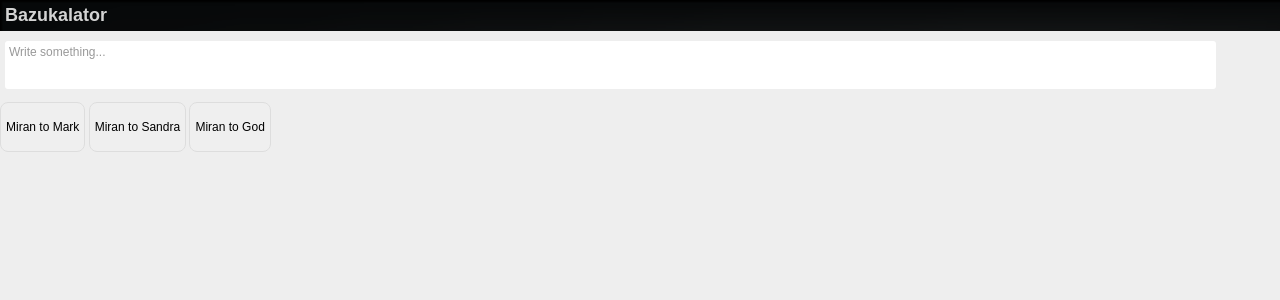
Repository: mbadzak/bazukalator
Page: Bazukalator/assets/www/index.html
The author's editor kept a copy of each file at every save. The page is drawn from the files as they stood at one save, then again after the next save.
The browser window is 1280 px wide. The pictures show the whole page.

Above is the page before, as saved 2012-10-14 06:33:32.

### Bazukalator/assets/www/index.html
<!DOCTYPE HTML>
<html>
<head>
<title>Hello World</title>
<script type="text/javascript" charset="utf-8" src="cordova-2.1.0.js"></script>
<script type="text/javascript" src="jquery.min.js"></script>
<script type="text/javascript" src="jquery.autosize-min.js"></script>
<script type="text/javascript" src="utl.js"></script>


<style>
.lang_button {
  height: 50px;
  padding: 5px;
}
.post_box {
  padding: 5px;
  position: relative;
  top: 1px;
}
body {
  background-color: #eeeeee;
}
.this_page {
  text-align: left;
  background-size: 100%;
  background-attachment: fixed;
  background-repeat: repeat-x;
}
* {
	font-family: Arial, Geneva, Helvetica, sans-serif;
	font-size: 12px;
	outline-width: 0px;
}
body {
 	margin: 0px;
 	text-align: center;
}
textarea {
	resize: none;
}
textarea, select,
input {
	border: 1px solid #DDD;
	-moz-border-radius: 8px;
  	-webkit-border-radius: 8px;
  	border-radius: 8px;
}

select {
	border: 1px solid #DDD;
}
.heading {
	font-size: 18px;
	font-weight: bold;
	color: lightgray;
	background: black;
	padding: 5px;
	background-image: url(img/gr1.png);
	background-size: 100%;
	background-attachment: fixed;
	background-repeat: repeat-x;
}
.box {
	font-size: 12px;
	padding: 4px;
	margin: 0px;
	color: #999999;
	width: 94%;
	height: 40px;
	border: 5px solid #eeeeee;
}

</style>

</head>
<body>


<script type="text/javascript">
    var orig_text = "";
</script>
<div class="this_page">
  <div class="heading" style="">
    Bazukalator
  </div>
  <div style="margin-top: 5px; text-align: left;">
    <textarea name="msg"
              id="msg"
              onFocus="utl_clear_text_field(this, 'Write something...');"
              class="box"
              autocomplete="off">Write something...</textarea>
  </div>
  <div style="margin-top: 5px;">
    <input type="button"
           id="btn_submit1"
           class="lang_button"
           value="Miran to Mark">
    <input type="button"
           id="btn_submit2"
           class="lang_button"
           value="Miran to Sandra">
    <input type="button"
           id="btn_submit3"
           class="lang_button"
           value="Miran to God">
  </div>

  <div id="post" style="margin: 20px 0px 0px 5px; text-align: left; display: none; ">
    <div style="float: left; clear: both; width: 50%; font-size: 11px;">
      <input type="radio"
           id="post_facebook"
           class="post_box"
           checked="checked"
           value="Post to Facebook">
           <img class="button_img img_norad" src="img/fb-icon.png" width="15" height="15">
           Facebook
    </div>
    <div style="float: left; width: 50%; font-size: 11px;">
      <input type="radio"
           id="post_twitter"
           class="post_box"
           checked="checked"
           value="Post to Facebook">
           <img class="button_img img_norad" src="img/twitter-icon.png" width="15" height="15">
           Twitter
    </div>
  </div>
  <div id="post2" style="display: none; margin-top: 55px; margin-left: 0px;">
      <input type="button" value="Post" style="padding: 5px;">
  </div>
</div>
<script type="text/javascript">
    $("#btn_submit1").click(function() { submit(1); });
    $("#btn_submit2").click(function() { submit(2); });
    $("#btn_submit3").click(function() { submit(3); });

    function submit(lang) {
        if (orig_text == "")
            orig_text = $("#msg").val();

        var req = orig_text;
        if (req == "")
            return;

        $.post("http://localhost:8080/index.php/translator/svc",
              { req: req, lang: lang },
              function(data) {
             	$("#msg").val(data);
                $("#post").css("display", "block");
                $("#post2").css("display", "block");
              }
        );
    }

    function reset()
    {
    	$('#msg').val('');
        orig_text = "";
        $("#post").css("display", "none");
        $("#post2").css("display", "none");
    }

</script>

</body>
</html>

### Bazukalator/assets/www/jquery.autosize-min.js
// Autosize 1.7 - jQuery plugin for textareas
// (c) 2011 Jack Moore - jacklmoore.com
// license: www.opensource.org/licenses/mit-license.php
(function(a,b){var c="hidden",d='<textarea style="position:absolute; top:-9999px; left:-9999px; right:auto; bottom:auto; box-sizing:content-box; word-wrap:break-word; height:0 !important; min-height:0 !important; overflow:hidden">',e=["fontFamily","fontSize","fontWeight","fontStyle","letterSpacing","textTransform","wordSpacing"],f="oninput",g="onpropertychange",h=a(d)[0];h.setAttribute(f,"return"),a.isFunction(h[f])||g in h?a.fn.autosize=function(b){return this.each(function(){function p(){var a,b;m||(m=!0,j.value=h.value,j.style.overflowY=h.style.overflowY,j.style.width=i.css("width"),j.scrollTop=0,j.scrollTop=9e4,a=j.scrollTop,b=c,a>l?(a=l,b="scroll"):a<k&&(a=k),h.style.overflowY=b,h.style.height=h.style.minHeight=h.style.maxHeight=a+o+"px",setTimeout(function(){m=!1},1))}var h=this,i=a(h).css({overflow:c,overflowY:c,wordWrap:"break-word"}),j=a(d).addClass(b||"autosizejs")[0],k=i.height(),l=parseInt(i.css("maxHeight"),10),m,n=e.length,o=i.css("box-sizing")==="border-box"?i.outerHeight()-i.height():0;l=l&&l>0?l:9e4;while(n--)j.style[e[n]]=i.css(e[n]);a("body").append(j),g in h?f in h?h[f]=h.onkeyup=p:h[g]=p:h[f]=p,a(window).resize(p),i.bind("autosize",p),p()})}:a.fn.autosize=function(){return this}})(jQuery);

### Bazukalator/assets/www/utl.js
String.prototype.trim = function() {
    return this.replace(/^\s+|\s+$/g, "");
};
String.prototype.trim_newline = function() {
	return this.replace(/(\r\n|\n|\r)/gm,"");
};

/*
 * utl_clear_text_field
 * IN	field	field to clear
 */
function utl_clear_text_field(field, init_value) {
	if (field.value.toString() == init_value.toString())
		field.value = "";
	field.style.color = "#000000";
	field.style.background = "#FFFFFF";
}

function utl_clear_text_field_id(id, init_value)
{
	var field = document.getElementById(id);
	return utl_clear_text_field(field, init_value);
}

function utl_clear_password_field(disp_p, real_p) {
	var dp = document.getElementById(disp_p);
	var rp = document.getElementById(real_p);
	dp.style.display = "none";
	rp.style.display = "inline";

	rp.focus();
}

function utl_reset_password_field(disp_p, real_p) {
	var dp = document.getElementById(disp_p);
	var rp = document.getElementById(real_p);
	if (rp.value == "") {
		dp.style.display = "inline";
		rp.style.display = "none";
		dp.value = "Password";
	}
}

function utl_reset_text_field(field, value) {
	if (field.value == "") {
		field.value = value;
		field.style.color = "#999999";
	}
}

function utl_focus(id)
{
	var elem = document.getElementById(id);
	elem.focus();
}

function utl_is_int(a)
{
	return parseInt(a, 10) === a;
}
function utl_handle_enter(field, event)
{
	if (event.keyCode == 13) {
		$(field).closest('form').submit();
		return false;
	}
	return true;
}

/**
 * @deprecated use jquery plugin instead
 * @param field
 * @param event
 * @param max_per_line
 */
function utl_expand_texarea_as_you_go(field, event, max_per_line)
{
	var chars = field.value.length;
	var rows = chars / max_per_line;
	var newline_count;
	var total_size = 18;
	var modified = false;

	if (chars == 0) return;

	newline_count = (field.value.split('\n')).length - 1;

	if (utl_is_int(rows))
	{
		total_size += (rows * 12);
		modified = true;
	}

	if (newline_count > 0) {
		total_size += (newline_count * 16);
		modified = true;
	}

	if (modified)
		field.style.height = total_size + "px";
}

/*
 * utl_toggle_visibility
 * IN	field	field to clear
 */
function utl_toggle_visibility(field) {
	var fl = document.getElementById(field);
	fl.style.display = (fl.style.display == "block") ? "none" : "block";
}

/*
 * utl_toggle_visibility
 * IN	field	field to show
 */
function utl_show_field(field) {
	var fl = document.getElementById(field);
	if (fl == null)
		return;
	fl.style.display = "block";
}

function utl_hide_field(field) {
	var fl = document.getElementById(field);
	if (fl == null)
		return;
	fl.style.display = "none";
}

function utl_show_obj(obj)
{
	obj.style.display = "block";
}
function utl_hide_obj(obj)
{
	obj.style.display = "none";
}


function generate_uuid()
{
	/* credit: http://stackoverflow.com/questions/105034/how-to-create-a-guid-uuid-in-javascript */
	var uuid = 'xxxxxxxx-xxxx-4xxx-yxxx-xxxxxxxxxxxx'.replace(/[xy]/g, function(c) {
	    var r = Math.random()*16|0, v = c == 'x' ? r : (r&0x3|0x8);
	    return v.toString(16);
	});

	return uuid;
}

Loaded but not shown: Bazukalator/assets/www/cordova-2.1.0.js (library); Bazukalator/assets/www/jquery.min.js (library)

After the next save:
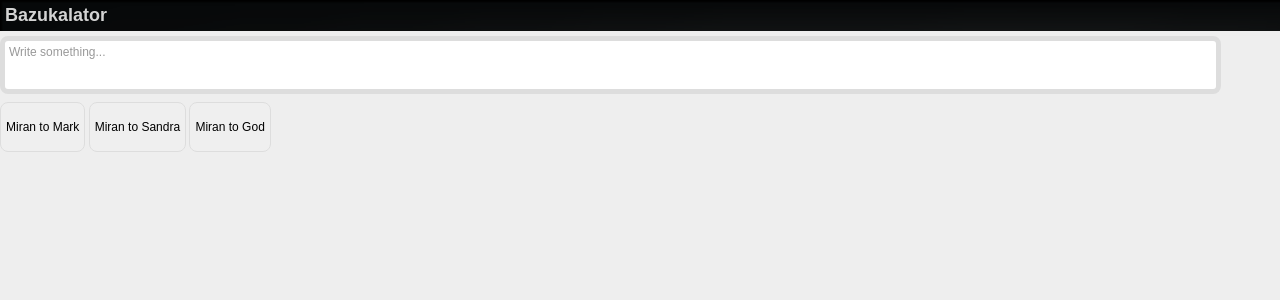
Saved 6 s later.
--- a/Bazukalator/assets/www/index.html
+++ b/Bazukalator/assets/www/index.html
@@ -68,7 +68,7 @@ select {
 	color: #999999;
 	width: 94%;
 	height: 40px;
-	border: 5px solid #eeeeee;
+	border: 5px solid #ddd;
 }
 
 </style>
